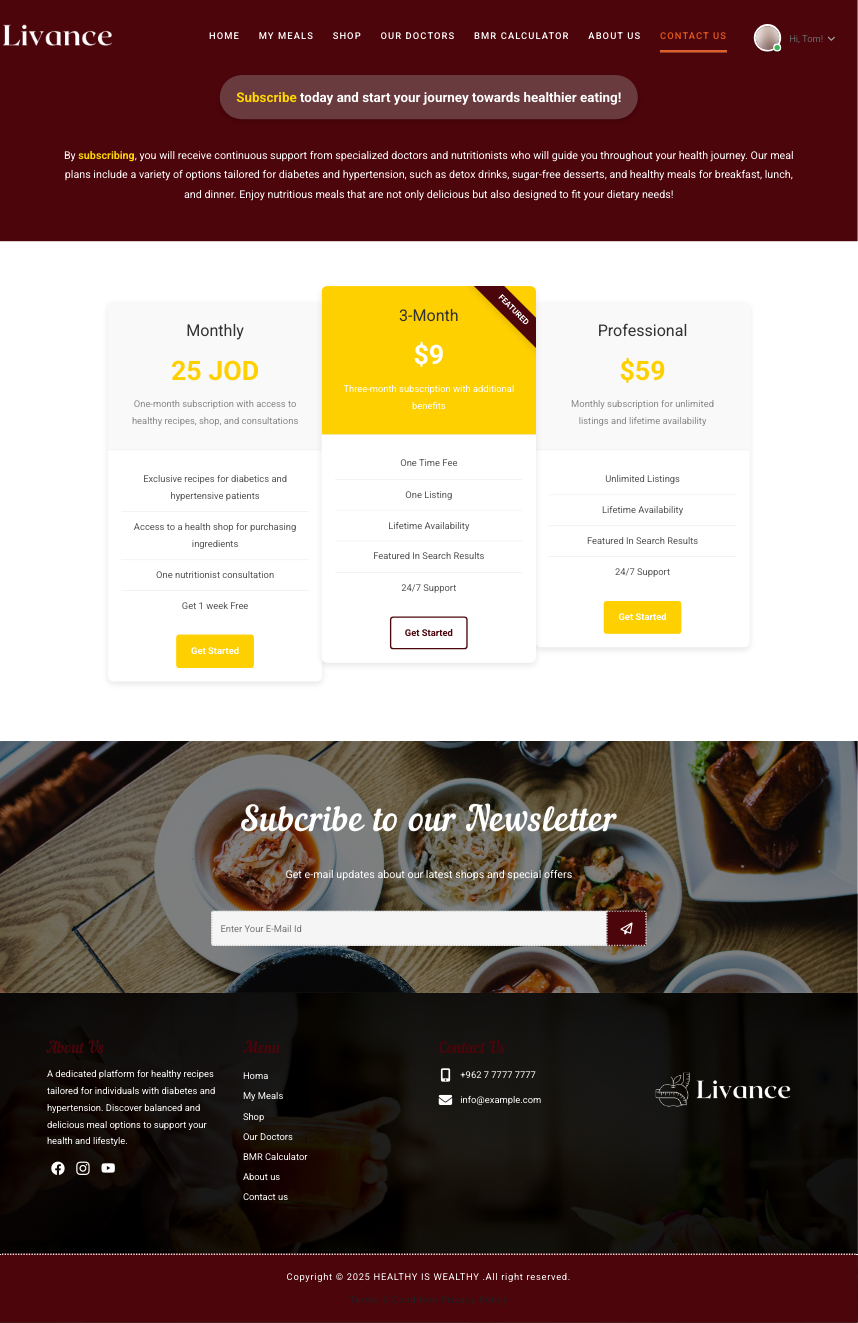
Repository: Surahailat/masterpiece
Page: masterpiece-p1/subsecribe.html
The author's editor kept a copy of each file at every save. The page is drawn from the files as they stood at one save, then again after the next save.
The browser window is 1280 px wide. The pictures show the whole page, at 67% of full size.
Backgrounds fixed to the window are drawn as part of the page. Some web fonts or font styles are not loaded; a fallback is used. Some web libraries are served in a nearby version.

Above is the page before, as saved 2025-02-12 21:43:48.

### masterpiece-p1/subsecribe.html
<!DOCTYPE html>
<html lang="en">

<head>
    <!-- Basic -->
    <meta charset="utf-8">
    <meta http-equiv="X-UA-Compatible" content="IE=edge">

    <!-- Mobile Metas -->
    <meta name="viewport" content="width=device-width, maximum-scale=1, initial-scale=1, user-scalable=0">

    <!-- Site Metas -->
    <title>Food Funday Restaurant - One page HTML Responsive</title>
    <meta name="keywords" content="">
    <meta name="description" content="">
    <meta name="author" content="">

    <!-- Site Icons -->
    <link rel="shortcut icon" href="images/favicon.ico" type="image/x-icon" />
    <link rel="apple-touch-icon" href="images/apple-touch-icon.png">
    <link rel="stylesheet" href="https://maxcdn.bootstrapcdn.com/font-awesome/4.6.1/css/font-awesome.min.css">
    <!-- Bootstrap CSS -->
    <link rel="stylesheet" href="css/bootstrap.min.css">
    <link rel="stylesheet" href="https://cdn.jsdelivr.net/npm/bootstrap-icons@1.3.0/font/bootstrap-icons.css">
    <!-- Site CSS -->
    <link rel="stylesheet" href="css/subsecribe.css">
    <!-- Responsive CSS -->
    <link rel="stylesheet" href="css/responsive.css">
    <!-- color -->
    <link id="changeable-colors" rel="stylesheet" href="css/colors/orange.css" />
    <link href="https://cdnjs.cloudflare.com/ajax/libs/font-awesome/6.0.0-beta3/css/all.min.css" rel="stylesheet">



    <script src="https://kit.fontawesome.com/64d58efce2.js" crossorigin="anonymous"></script>



    <!-- Modernizer -->
    <script src="js/modernizer.js"></script>
</head>

<body>
    <div id="loader">
        <div id="status"></div>
    </div>
    <div id="site-header">
        <header id="header" class="header-block-top">
            <div class="container">
                <div class="row">
                    <div class="main-menu">
                        <!-- navbar -->
                        <nav class="navbar navbar-default" id="mainNav">
                            <div class="navbar-header">
                                <button type="button" class="navbar-toggle collapsed" data-toggle="collapse"
                                    data-target="#navbar" aria-expanded="false" aria-controls="navbar">
                                    <span class="sr-only">Toggle navigation</span>
                                    <span class="icon-bar"></span>
                                    <span class="icon-bar"></span>
                                    <span class="icon-bar"></span>
                                </button>
                            </div>
                            <div id="navbar" class="navbar-collapse collapse">
                                <ul class="nav navbar-nav navbar-left" style="width: 2%;">
                                    <li><img src="/images/Screenshot_2025-01-26_114436-removebg-preview (1).png" alt=""
                                            style="width: 34rem;
                                        position: relative;
                                        right: 56%;
                                        top: -6rem;"></li>
                                </ul>
                                <ul class="nav navbar-nav navbar" style="margin-left: 18%;">
                                    <li class="active"><a href="#banner">Home</a></li>
                                    <li><a href="#about">My Meals</a></li>
                                    <li><a href="#our_team">Shop</a></li>
                                    <li><a href="#menu">Our Doctors</a></li>
                                    <li><a href="#gallery">BMR Calculator</a></li>

                                    <li><a href="#reservation">About us</a></li>
                                    <li><a href="#footer">Contact us</a></li>
                                </ul>
                                <!-- Right Side Content / End -->
                                <div class="right-side">
                                    <div class="header-widget">
                                        <!-- User Menu -->
                                        <div class="user-menu">
                                            <div class="user-name"><span><img src="images/dashboard-avatar.jpg"
                                                        alt=""></span>Hi, Tom!</div>
                                            <ul>
                                                <li><a href=""><i class="fa-regular fa-user"
                                                            style="color: #696969;"></i> My Profile</a></li>
                                                <li><a href=""><i class="fa-regular fa-envelope-open"
                                                            style="color: #696969;"></i> Messages</a></li>
                    <li><a href="subsecribe.html"><i class="fa-regular fa-bell" style="color: #696969;"></i> Subscribe</a></li>

                                                <li><a href=""><i class="fa-solid fa-arrow-right-from-bracket"
                                                            style="color: #696969;"></i> Logout</a></li>
                                            </ul>
                                        </div>
                                    </div>
                                </div>

                            </div>
                            <!-- end nav-collapse -->
                        </nav>
                        <!-- end navbar -->
                    </div>
                </div>
                <!-- end row -->
            </div>
            <!-- end container-fluid -->
        </header>
        <!-- end header -->
    </div>
    <!-- end site-header -->

    <div id="banner" class="banner full-screen-mode parallax">
        <div class="subscribe-section">
            <!-- العنوان -->
            <div class="subscribe-header">
                <span>Subscribe</span> today and start your journey towards healthier eating!
            </div>

            <!-- النص الرئيسي -->
            <div class="subscribe-content">
                By <span>subscribing</span>, you will receive continuous support from specialized doctors and
                nutritionists who will guide you throughout your health journey.
                Our meal plans include a variety of options tailored for diabetes and hypertension, such as detox
                drinks, sugar-free desserts, and healthy meals for breakfast, lunch, and dinner.
                Enjoy nutritious meals that are not only delicious but also designed to fit your dietary needs!
            </div>
        </div>

    </div>
    <!-- end banner -->

    <div class="pricing-container">
        <!-- Basic Plan -->
        <div class="plan">
            <div class="plan-price">
                <h3>Monthly</h3>
                <div class="value">25 JOD</div>
                <div class="period">One-month subscription with access to healthy recipes, shop, and consultations</div>
            </div>
            <div class="plan-features">
                <ul>
                    <li>Exclusive recipes for diabetics and hypertensive patients</li>
                    <li>Access to a health shop for purchasing ingredients</li>
                    <li>One nutritionist consultation</li>
                    <li>Get 1 week Free </li>
                </ul>
                <a href="#">Get Started</a>
            </div>
        </div>

        <!-- Extended Plan -->
        <div class="plan plan-featured">
            <div class="listing-badge"><span>Featured</span></div>
            <div class="plan-price">
                <h3>3-Month</h3>
                <div class="value">$9</div>
                <div class="period">Three-month subscription with additional benefits</div>
            </div>
            <div class="plan-features">
                <ul>
                    <li>One Time Fee</li>
                    <li>One Listing</li>
                    <li>Lifetime Availability</li>
                    <li>Featured In Search Results</li>
                    <li>24/7 Support</li>
                </ul>
                <a href="#">Get Started</a>
            </div>
        </div>

        <!-- Professional Plan -->
        <div class="plan">
            <div class="plan-price">
                <h3>Professional</h3>
                <div class="value">$59</div>
                <div class="period">Monthly subscription for unlimited listings and lifetime availability</div>
            </div>
            <div class="plan-features">
                <ul>
                    <li>Unlimited Listings</li>
                    <li>Lifetime Availability</li>
                    <li>Featured In Search Results</li>
                    <li>24/7 Support</li>
                </ul>
                <a href="#">Get Started</a>
            </div>
        </div>
    </div>


    <div id="footer" class="footer-main">
        <div class="footer-news pad-top-100 pad-bottom-70 parallax">
            <div class="container">
                <div class="row">
                    <div class="col-lg-12 col-md-12 col-sm-12 col-xs-12">
                        <div class="wow fadeIn" data-wow-duration="1s" data-wow-delay="0.1s">
                            <h2 class="ft-title color-white text-center">Subcribe to our Newsletter</h2>
                            <p> Get e-mail updates about our latest shops and special offers</p>
                        </div>
                        <form>
                            <input type="email" placeholder="Enter your e-mail id">
                            <a href="#" class="orange-btn"><i class="fa fa-paper-plane-o" aria-hidden="true"></i></a>
                        </form>
                    </div>
                    <!-- end col -->
                </div>
                <!-- end row -->
            </div>
            <!-- end container -->
        </div>
        <!-- end footer-news -->
        <div class="footer-box pad-top-70">
            <div class="container">
                <div class="row">
                    <div class="footer-in-main">

                        <div class="col-lg-3 col-md-3 col-sm-6 col-xs-12">
                            <div class="footer-box-a">
                                <h3>About Us</h3>
                                <p>A dedicated platform for healthy recipes tailored for individuals with diabetes
                                    and
                                    hypertension. Discover balanced and delicious meal options to support your
                                    health
                                    and lifestyle.</p>
                                <ul class="socials-box footer-socials pull-left">
                                    <li>
                                        <a href="#">
                                            <div class="social-circle-border"><i class="bi bi-facebook"></i></div>
                                        </a>
                                    </li>

                                    <li>
                                        <a href="#">
                                            <div class="social-circle-border"><i class="bi bi-instagram"></i>
                                            </div>
                                        </a>
                                    </li>
                                    <li>
                                        <a href="#">
                                            <div class="social-circle-border"><i class="bi bi-youtube"></i></div>
                                        </a>
                                    </li>
                                </ul>

                            </div>
                            <!-- end footer-box-a -->
                        </div>
                        <!-- end col -->
                        <div class="col-lg-3 col-md-3 col-sm-6 col-xs-12">
                            <div class="footer-box-b">
                                <h3>Menu</h3>
                                <ul>
                                    <li><a href="#">Homa</a></li>
                                    <li><a href="#">My Meals</a></li>
                                    <li><a href="#">Shop</a></li>
                                    <li><a href="#">Our Doctors</a></li>
                                    <li><a href="#">BMR Calculator</a></li>
                                    <li><a href="#">About us</a></li>
                                    <li><a href="#">Contact us</a></li>

                                </ul>
                            </div>
                            <!-- end footer-box-b -->
                        </div>
                        <!-- end col -->
                        <div class="col-lg-3 col-md-3 col-sm-6 col-xs-12">
                            <div class="footer-box-c">
                                <h3>Contact Us</h3>

                                <p>
                                    <i class="fa fa-mobile" aria-hidden="true"></i>
                                    <span>
                                        +962 7 7777 7777
                                    </span>
                                </p>
                                <p>
                                    <i class="fa fa-envelope" aria-hidden="true"></i>
                                    <span><a href="#">info@example.com</a></span>
                                </p>
                            </div>
                            <!-- end footer-box-c -->
                        </div>
                        <!-- end col -->
                        <div class="footer-logo">
                            <div class="text-center">
                                <img src="/images/Screenshot_2025-01-26_114436-removebg-preview (1).png" alt="" style="    width: 25%;
margin-top: -2%;" />
                            </div>
                        </div>
                    </div>
                    <!-- end footer-in-main -->
                </div>
                <!-- end row -->
            </div>
            <!-- end container -->
            <div id="copyright" class="copyright-main">
                <div class="container">
                    <div class="row">
                        <div class="col-lg-12 col-md-12 col-sm-12 col-xs-12">
                            <h6 class="copy-title"> Copyright &copy; 2025 HEALTHY IS WEALTHY .All right reserved.
                                <br>
                                <br>
                                <a href="https://themewagon.com/" target="_blank">Terms & Condition </a>
                                <a href="https://themewagon.com/" target="_blank">Privacy Policy</a>
                            </h6>
                        </div>
                    </div>
                    <!-- end row -->
                </div>
                <!-- end container -->
            </div>
            <!-- end copyright-main -->
        </div>
        <!-- end footer-box -->
    </div>
    <!-- end footer-main -->
    <!-- ALL JS FILES -->


    <a href="#" class="scrollup" style="display: none;">Scroll</a>




    <script src="js/all.js"></script>
    <script src="js/bootstrap.min.js"></script>
    <!-- ALL PLUGINS -->
    <script src="js/custom.js"></script>
    <script src="https://code.jquery.com/jquery-2.2.4.min.js"></script>
    <script>
        document.addEventListener("DOMContentLoaded", function () {
            const userMenu = document.querySelector(".user-menu");
            const userName = userMenu.querySelector(".user-name");
            const menuList = userMenu.querySelector("ul");

            userName.addEventListener("click", function (event) {
                event.stopPropagation(); // منع غلق القائمة عند الضغط على العنصر نفسه
                userMenu.classList.toggle("active");
            });

            document.addEventListener("click", function (event) {
                if (!userMenu.contains(event.target)) {
                    userMenu.classList.remove("active"); // إخفاء القائمة عند النقر خارجها
                }
            });
        });
    </script>
</body>

</html>

### masterpiece-p1/css/colors/orange.css
.navbar-default .navbar-toggle .icon-bar{
	background-color: #e75b1e;
}
.main-menu .navbar-default .navbar-nav .active a{
	color: #e75b1e;
}
.main-menu nav li a::after {
    background: #e75b1e;
}
.typer{
	color: #e75b1e !important;
}
.banner-text h2{
	color: #e75b1e
}
.book-btn a{
	background: #e75b1e;
	border: 3px solid #e75b1e;
}
.book-btn a:hover{
	border: 3px solid #f04900;
}
.hvr-underline-from-center::before{
	background:#f04900;
}
.block-title{
	color: #e75b1e;
}
.item-type-zoom .item-hover:hover::before{
	background: rgba(231, 91, 30, 0.5);
}
.special-box .owl-theme .owl-controls .owl-page.active span{
	background: #e75b1e;
}
.offer-item div h3{
	color: #e75b1e;
}
.tab-menu .is-active{
	background: #e75b1e;
}
.tab-menu .slick-arrow.slick-prev{
	background: #e75b1e url(../../images/back.png) no-repeat center;
	background-position: 2px 4px;
}
.tab-menu .slick-arrow.slick-next{
	background: #e75b1e url(../../images/next.png) no-repeat center;
	background-position: 7px 4px;
}

.offer-item .offer-price{
	border: 1px solid #e75b1e;
}
.sf-team:hover .text-col{
	background-color: #e75b1e;
}
.gal-item a::after{
	background-color: rgba(231, 91, 30, 0.75);
}
.overlay i:hover{
	border: 1px solid #e75b1e;
	color: #e75b1e;
}
.blog-btn-v a{
	background: #e75b1e;
	border: 3px solid #e75b1e;
}
.book-srv a{
	background: #e75b1e;
	border: 3px solid #e75b1e;
}

.panel-pricing .panel-heading{
	background: #e75b1e;
}
.panel-pricing{
	border: 1px solid #e75b1e;
}
.panel-body p strong span{
	color: #e75b1e;
}
.pricing-main .panel-footer a{
	background: #e75b1e;
	border: 3px solid #e75b1e;
}
.pricing-main .panel-footer a:hover{
	border: 3px solid #f04900;
}

.reserve-book-btn button{
	background: #e75b1e;
	border: 3px solid #e75b1e;
}
.reserve-book-btn button:hover a{
	color:#000000;
}
.footer-news form a{
	background: #e75b1e;
}
.footer-news form a:hover{
	border: 2px dotted #e75b1e;
}
.footer-box-a h3{
	color: #e75b1e;
}
.footer-box-b h3{
	color: #e75b1e;
}
.footer-box-c h3{
	color: #e75b1e;
}
.footer-box-d h3{
	color: #e75b1e;
}
.footer-box-c p a:hover{
	color: #e75b1e;
}
.footer-box-b ul li a:hover{
	color: #e75b1e;
}

.footer-box .socials-box a:hover .social-circle-border{
	color: #e75b1e;
}

.footer-box-c p i{
	color: #e75b1e;
}

.copyright-main{
	background: #e75b1e;
}

#color-panel a.panel-button:hover{
	color: #e75b1e;
}

Loaded but not shown: masterpiece-p1/css/bootstrap.min.css (library); masterpiece-p1/css/owl.theme.css (common file); masterpiece-p1/css/owl.carousel.css (library); masterpiece-p1/css/slick.css (common file); masterpiece-p1/css/flaticon.css (common file); masterpiece-p1/css/font-awesome.min.css (library); masterpiece-p1/css/bootstrap-datetimepicker.css (library); masterpiece-p1/css/bootstrap-select.min.css (library); masterpiece-p1/css/normalize.css (library); masterpiece-p1/css/animate.min.css (library); masterpiece-p1/js/all.js (library); masterpiece-p1/js/bootstrap.min.js (library); masterpiece-p1/js/modernizer.js (4546 lines, source omitted); masterpiece-p1/js/custom.js (309 lines, source omitted); masterpiece-p1/css/subsecribe.css (1276 lines, source omitted); masterpiece-p1/css/responsive.css (333 lines, source omitted)

After the next save:
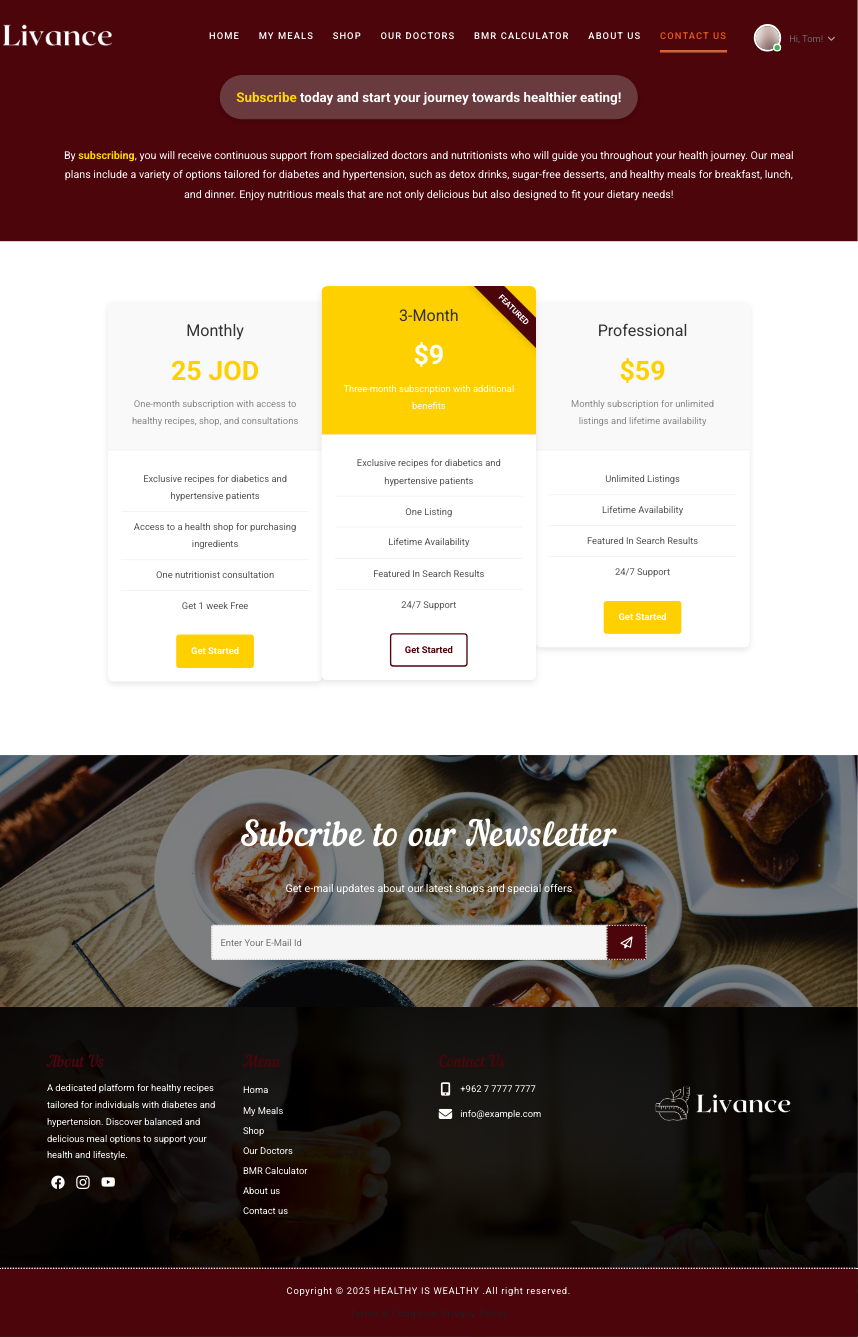
Saved 14 s later.
--- a/masterpiece-p1/subsecribe.html
+++ b/masterpiece-p1/subsecribe.html
@@ -162,7 +162,7 @@
             </div>
             <div class="plan-features">
                 <ul>
-                    <li>One Time Fee</li>
+                    <li>Exclusive recipes for diabetics and hypertensive patients</li>
                     <li>One Listing</li>
                     <li>Lifetime Availability</li>
                     <li>Featured In Search Results</li>
